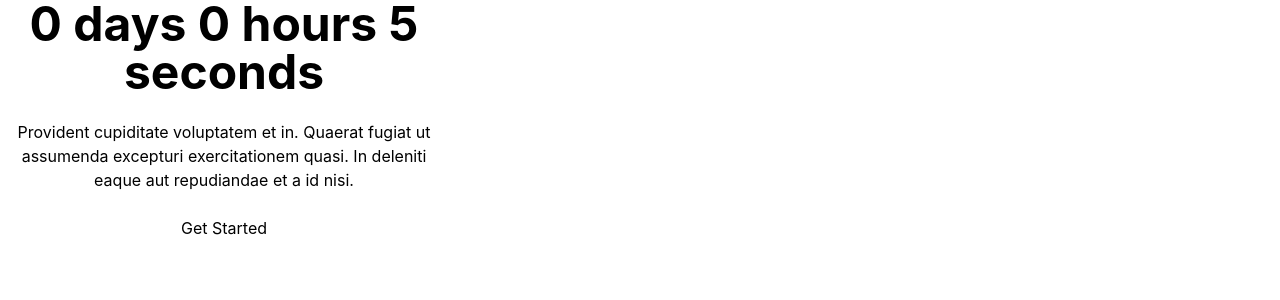
Repository: RahmanRakib9/TwentyOne
Page: /
These files come from the project's save history. The page is drawn as it stood at one moment and after the next save; the edit follows.
The browser window is 1280 px wide. The pictures show the whole page.
The project was rebuilt for these pictures with package versions that can differ from the ones it lists, and the page was loaded fresh each time.

Above is the page before, as saved 2022-10-13 17:42:02.

### src/index.css
/* tailwind css directives */
@tailwind base;
@tailwind components;
@tailwind utilities;

body {
  margin: 0;
  font-family: -apple-system, BlinkMacSystemFont, 'Segoe UI', 'Roboto', 'Oxygen',
    'Ubuntu', 'Cantarell', 'Fira Sans', 'Droid Sans', 'Helvetica Neue',
    sans-serif;
  -webkit-font-smoothing: antialiased;
  -moz-osx-font-smoothing: grayscale;
}

code {
  font-family: source-code-pro, Menlo, Monaco, Consolas, 'Courier New',
    monospace;
}

### src/App.js
import React from 'react';
import Timer from './components/Timer';
import './App.css'

const App = () => {
  return (
    <div className='App'>
      <Timer></Timer>
    </div>
  );
};

export default App;

### src/components/Timer.js
import React from "react";
import useCountdown from "../hooks/useCountdown";

const Timer = () => {
  const [second, minute, hour, day] = useCountdown();
  return (
    <div class="hero min-h-screen bg-base-200">
      <div class="hero-content text-center">
        <div class="max-w-md">
          <h1 class="text-5xl font-bold">{day} days {hour} hours {second} seconds</h1>
          <p class="py-6">
            Provident cupiditate voluptatem et in. Quaerat fugiat ut assumenda
            excepturi exercitationem quasi. In deleniti eaque aut repudiandae et
            a id nisi.
          </p>
          <button class="btn btn-primary">Get Started</button>
        </div>

      </div>
    </div>
  );
};

export default Timer;

### src/hooks/useCountdown.js
/* eslint-disable react-hooks/exhaustive-deps */
import React, { useEffect, useState } from "react";

const useCountdown = () => {
  // state declaration for updating second, minute, and an hour respectively
  const [second, setSecond] = useState(0);
  const [minute, setMinute] = useState(0);
  const [hour, setHour] = useState(0);
  const [day, setDay] = useState(0);

  let timer;
  useEffect(() => {
    timer = setInterval(() => {
      setSecond(second + 1);

      if (second === 59) {
        setMinute(minute + 1);
        setSecond(0);
      }

      if (minute === 59) {
        setHour(hour + 1);
        setMinute(0);
      }

      if (hour === 23 && minute === 59) {
        setDay(day + 1);
        setHour(0);
        setMinute(0);
      }



    }, 1000);

    return () => clearInterval(timer);
  });
  return [second, minute, hour,day];
};

export default useCountdown;

### tailwind.config.js
/** @type {import('tailwindcss').Config} */
module.exports = {
  content: ["./src/**/*.{html,js}"],
  daisyui: {
    themes: [],
  },
  plugins: [require("daisyui")],
};

Loaded but not shown: public/index.html (common file); src/index.js (common file); src/reportWebVitals.js (common file); src/App.css (common file)

After the next save:
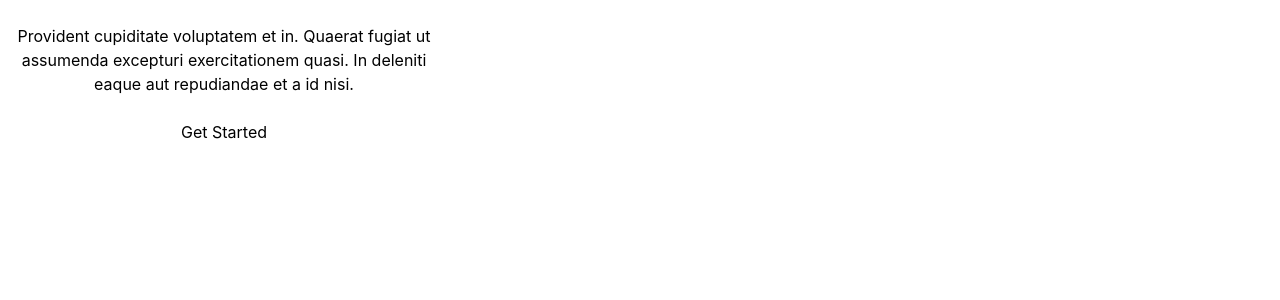
Saved 14 s later.
--- a/src/components/Timer.js
+++ b/src/components/Timer.js
@@ -7,7 +7,7 @@ const Timer = () => {
     <div class="hero min-h-screen bg-base-200">
       <div class="hero-content text-center">
         <div class="max-w-md">
-          <h1 class="text-5xl font-bold">{day} days {hour} hours {second} seconds</h1>
+          <h1 class="text-5xl font-bold"></h1>
           <p class="py-6">
             Provident cupiditate voluptatem et in. Quaerat fugiat ut assumenda
             excepturi exercitationem quasi. In deleniti eaque aut repudiandae et
